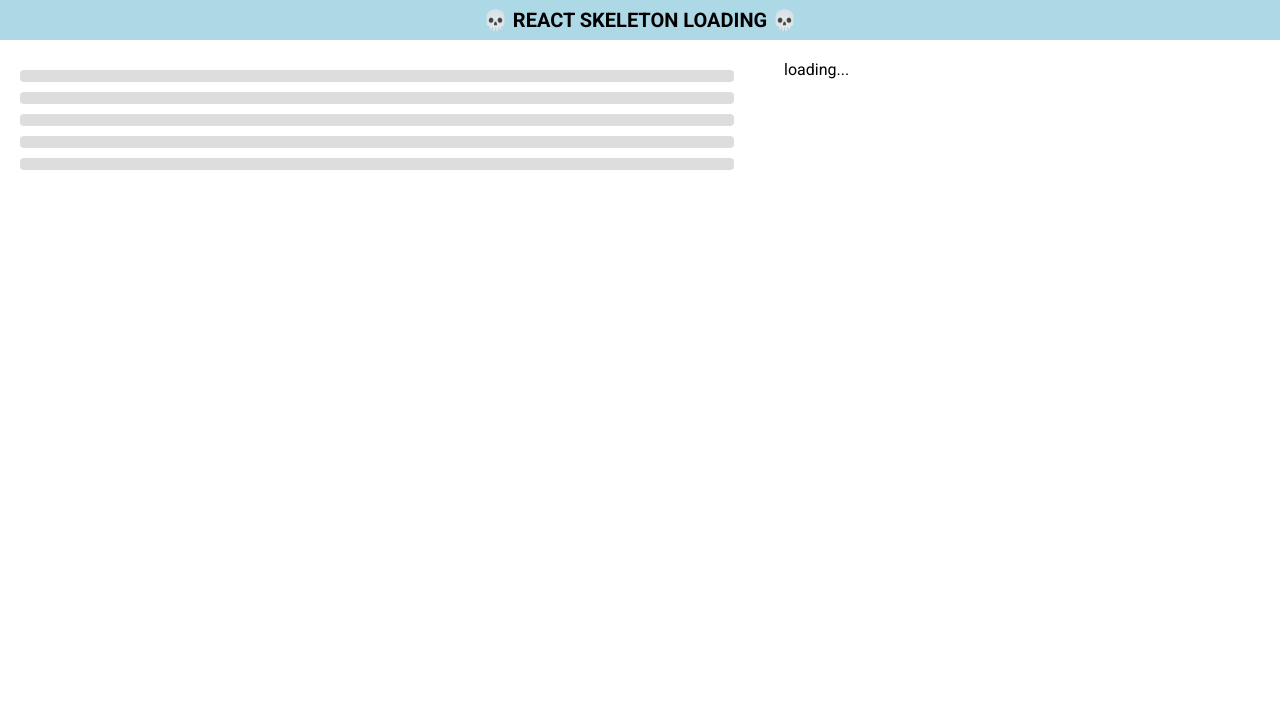
Repository: ethanJones21/React-Skeleton-Loading
Page: /
These files come from the project's save history. The page is drawn as it stood at one moment and after the next save; the edit follows.
The browser window is 1280 px wide. The pictures show the whole page.
The page's requests for data from a server got no answer. The project was rebuilt for these pictures with package versions that can differ from the ones it lists, and the page was loaded fresh each time. No one was signed in, and anything a server would have sent is missing. Also part of the build but not shown: src/components/Post.css, src/components/Post.js.

Above is the page before, as saved 2020-11-26 03:11:52.

### public/index.html
<!DOCTYPE html>
<html lang="en">
  <head>
    <meta charset="utf-8" />
    <link rel="icon" href="%PUBLIC_URL%/favicon.ico" />
    <meta name="viewport" content="width=device-width, initial-scale=1" />
    <meta name="theme-color" content="#000000" />
    <meta name="description" content="React skeleton loading" />
    <link rel="preconnect" href="https://fonts.gstatic.com" />
    <link
      href="https://fonts.googleapis.com/css2?family=Roboto:wght@100;300;400;500;700;900&display=swap"
      rel="stylesheet"
    />
    <title>React Skeleton</title>
  </head>
  <body>
    <noscript>You need to enable JavaScript to run this app.</noscript>
    <div id="root"></div>
  </body>
</html>

### src/App.js
import './App.css';
import Header from './components/Header';
import Posts from './components/Posts';
import User from './components/User';

function App() {
  return (
    <div className="app">
      <Header/>

      <div className="appContainer">
        <Posts/>
        <User/>
      </div>
    </div>
  );
}

export default App;

### src/App.css
*{
    margin: 0;
    font-family: 'Roboto', sans-serif;
}
.appContainer{
    display: flex;
    padding: 20px;
    align-items: start;
}

### src/components/Header.js
import React from 'react';
import "./Header.css"

const Header = () => {
    return (
        <div className="header">
            <span>💀 REACT SKELETON LOADING 💀 </span>
        </div>
    );
};

export default Header;

### src/components/Posts.js
import React, { useEffect, useState } from "react";
import Post from "./Post";
import "./Posts.css";
import { photos } from "../photos";
import Skeleton from "../skeleton/Skeleton";

const Posts = () => {
  const [postArray, setPostArray] = useState([]);

  useEffect(() => {
    setTimeout(() => {
      const fetchPosts = async () => {
        const res = await fetch("https://jsonplaceholder.typicode.com/posts");
        const data = await res.json();
        setPostArray(data.slice(0, 10));
      };
      fetchPosts();
    }, 1000);
  }, []);

  return (
    <div className="posts">
      {postArray.length > 0
        ? postArray.map((post) => (
            <Post
              key={post.id}
              post={{ ...post, photo: photos[post.id - 1] }}
            />
          ))
        : [1, 2, 3, 4, 5].map((item) => <Skeleton type="text" />)}
    </div>
  );
};

export default Posts;

### src/components/User.js
import React, { useState, useEffect } from "react";
import "./User.css";
import {photos} from "../photos"

const User = () => {
  const [user, setUser] = useState(null);

  useEffect(() => {
    setTimeout(() => {
      const fetchUser = async () => {
        const res = await fetch("https://jsonplaceholder.typicode.com/users");
        const data = await res.json();
        setUser(data[0]);
      };
      fetchUser();
    }, 1000);
  }, []);

  return (
    <div className="user">
      {user !== null ? (
        <>
          <div className="userPhoto">
            <img
              className="userPhotoImg"
              src={photos[9]}
              alt="avatar"
            />
          </div>
          <div className="userInfo">
            <span className="userInfoText">
              <b>{user.name}</b>
            </span>
            <span className="userInfoText">{user.email}</span>
            <span className="userInfoText">{user.address.street}</span>
          </div>
          <button className="writeButton">Write a Story</button>
        </>
      ) : (
        <span>loading...</span>
      )}
    </div>
  );
};

export default User;

### src/components/Header.css
.header{
    display: flex;
    align-items: center;
    justify-content: center;
    height: 40px;
    width: 100%;
    background-color: lightblue;
    font-weight: 600;
    font-size: 20px;
}

### src/components/Posts.css
.posts{
    flex: 0.6;
    padding-right: 50px;
}

### src/photos.js
export const photos = [
  "https://images.pexels.com/photos/789296/pexels-photo-789296.jpeg?auto=compress&cs=tinysrgb&dpr=2&w=500",
  "https://images.pexels.com/photos/3772771/pexels-photo-3772771.jpeg?auto=compress&cs=tinysrgb&dpr=2&w=500",
  "https://images.pexels.com/photos/3059745/pexels-photo-3059745.jpeg?auto=compress&cs=tinysrgb&dpr=2&w=500",
  "https://images.pexels.com/photos/2896840/pexels-photo-2896840.jpeg?auto=compress&cs=tinysrgb&dpr=2&w=500",
  "https://images.pexels.com/photos/3155588/pexels-photo-3155588.jpeg?auto=compress&cs=tinysrgb&dpr=2&w=500",
  "https://images.pexels.com/photos/936019/pexels-photo-936019.jpeg?auto=compress&cs=tinysrgb&dpr=2&w=500",
  "https://images.pexels.com/photos/1071162/pexels-photo-1071162.jpeg?auto=compress&cs=tinysrgb&dpr=2&w=500",
  "https://images.pexels.com/photos/3147528/pexels-photo-3147528.jpeg?auto=compress&cs=tinysrgb&dpr=2&w=500",
  "https://images.pexels.com/photos/3541389/pexels-photo-3541389.jpeg?auto=compress&cs=tinysrgb&dpr=2&w=500",
  "https://images.pexels.com/photos/1680172/pexels-photo-1680172.jpeg?auto=compress&cs=tinysrgb&dpr=2&w=500",
];

### src/skeleton/Skeleton.js
import React from "react";
import "./Skeleton.css"

const Skeleton = ({ type }) => {
  return <div className={`skeleton ${type}`}></div>;
};

export default Skeleton;

### src/components/User.css
.user {
  flex: 0.4;
  display: flex;
  align-items: center;
}

.userPhotoImg {
  width: 60px;
  height: 60px;
  border-radius: 50%;
  margin-right: 20px;
  object-fit: cover;
}

.userInfo{
    display: flex;
    flex-direction: column;
}

.writeButton{
    padding: 10px;
    border: none;
    margin-left: 20px;
    border-radius: 10px;
    cursor: pointer;
}

.writeButton:focus{
    outline: none;
}

### src/skeleton/Skeleton.css
.skeleton {
  background: #ddd;
  overflow: hidden;
  margin: 10px 0;
  border-radius: 4px;
}

.skeleton.text {
  width: 100%;
  height: 12px;
}

.skeleton.title {
  width: 50%;
  height: 20px;
  margin-bottom: 15px;
}

.skeleton.avatar {
  width: 100px;
  height: 100px;
  border-radius: 50%;
}

.skeleton.userAvatar {
  width: 100px;
  height: 100px;
  border-radius: 50%;
}

Loaded but not shown: src/index.js (common file)

After the next save:
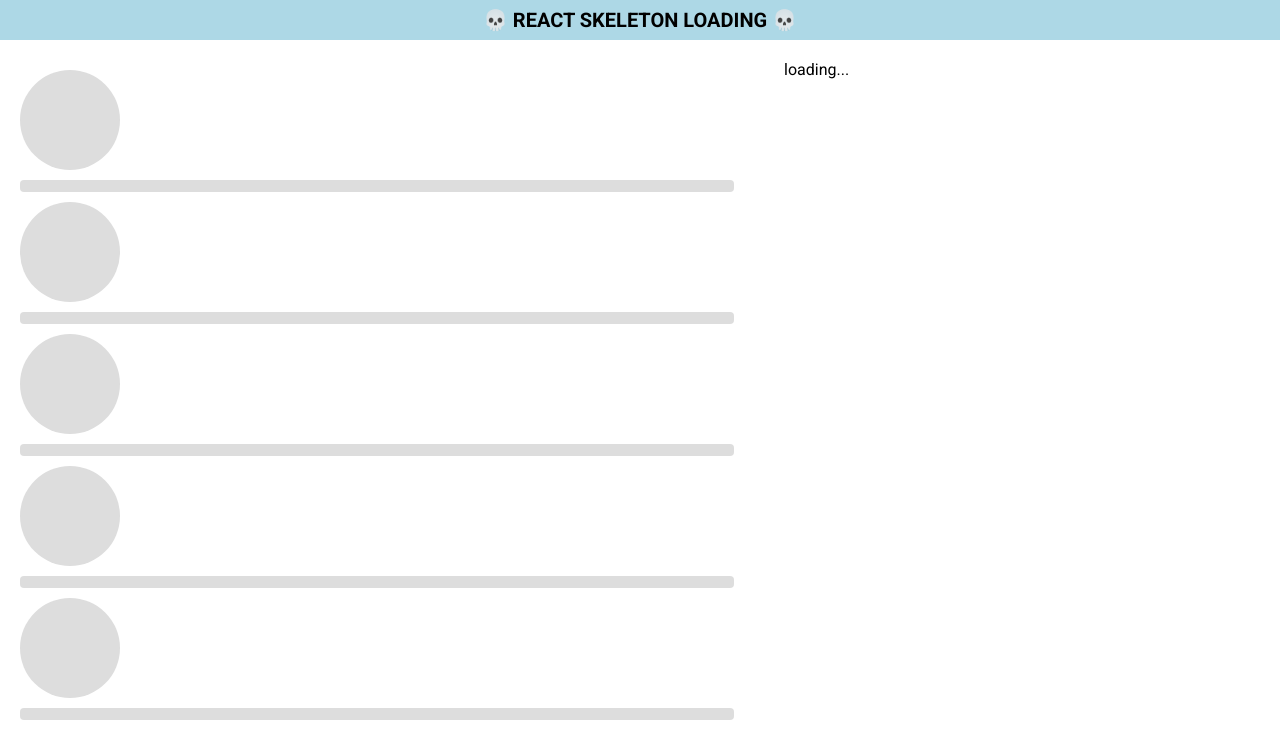
Saved 50 s later.
--- a/src/components/Posts.js
+++ b/src/components/Posts.js
@@ -27,7 +27,12 @@ const Posts = () => {
               post={{ ...post, photo: photos[post.id - 1] }}
             />
           ))
-        : [1, 2, 3, 4, 5].map((item) => <Skeleton type="text" />)}
+        : [1, 2, 3, 4, 5].map((item) => (
+            <>
+              <Skeleton type="avatar" />
+              <Skeleton type="text" />
+            </>
+          ))}
     </div>
   );
 };
